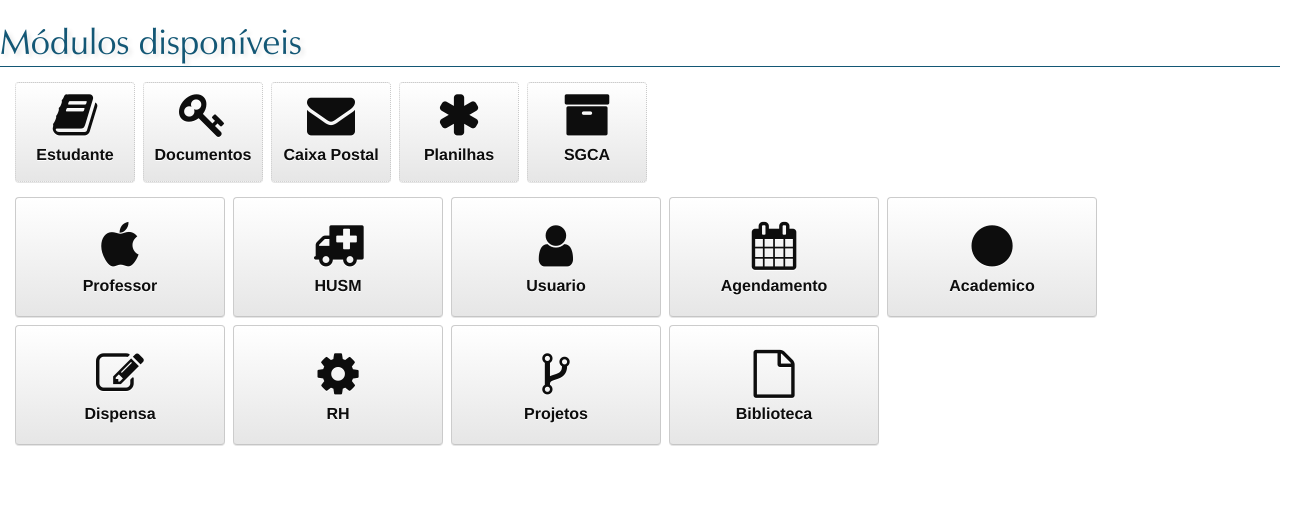
Repository: evertonagilar/study
Page: css/css-notificacao-dialog/index.html
The author's editor kept a copy of each file at every save. The page is drawn from the files as they stood at one save, then again after the next save.
The browser window is 1280 px wide. The page is 1295 px wide, so the pictures cover 1295 px, including what lies to the right of the window. The pictures show the whole page.

Above is the page before, as saved 2023-09-11 20:16:42.

### css/css-notificacao-dialog/index.html
<!DOCTYPE html>
<html lang="en">

<head>
    <meta charset="UTF-8">
    <meta name="viewport" content="width=device-width, initial-scale=1.0">
    <title>Aula CSS GRID</title>
    <link rel="stylesheet" href="css/cpd.css">
    <link rel="stylesheet" href="css/style.css">
</head>

<body>
    <span class="dashboard-notificacoes icon-">

    </span>

    <h2 class="h2 primary stroked-bottom text-shadowed margin-bottom">
        Módulos disponíveis
    </h2>


    <div class="dashboard-container-favorito">
        <div class="portal">
            <span class="portal-icon icon-book"></span>
            <h3 class="portal-label">Estudante</h3>
        </div>
        <div class="portal">
            <span class="portal-icon icon-key"></span>
            <h3 class="portal-label">Documentos</h3>
        </div>
        <div class="portal">
            <span class="portal-icon icon-envelope"></span>
            <h3 class="portal-label">Caixa Postal</h3>
        </div>
        <div class="portal">
            <span class="portal-icon icon-asterisk"></span>
            <h3 class="portal-label">Planilhas</h3>
        </div>
        <div class="portal">
            <span class="portal-icon icon-archive"></span>
            <h3 class="portal-label">SGCA</h3>
        </div>

    </div>

    <div class="dashboard-container">
        <div class="portal">
            <span class="portal-mini-button fa fa-chain"></span>
            <span class="portal-icon icon-apple"></span>
            <h3 class="portal-label">Professor</h3>
        </div>

        <div class="portal">
            <span class="portal-icon icon-ambulance"></span>
            <h3 class="portal-label">HUSM</h3>
        </div>

        <div class="portal">
            <span class="portal-icon icon-user"></span>
            <h3 class="portal-label">Usuario</h3>
        </div>

        <div class="portal">
            <span class="portal-icon icon-calendar"></span>
            <h3 class="portal-label">Agendamento</h3>
        </div>

        <div class="portal">
            <span class="portal-icon icon-circle"></span>
            <h3 class="portal-label">Academico</h3>
        </div>

        <div class="portal">
            <span class="portal-icon icon-edit"></span>
            <h3 class="portal-label">Dispensa</h3>
        </div>

        <div class="portal">
            <span class="portal-icon icon-cog"></span>
            <h3 class="portal-label">RH</h3>
        </div>

        <div class="portal">
            <span class="portal-icon icon-code-fork"></span>
            <h3 class="portal-label">Projetos</h3>
        </div>

        <div class="portal">
            <span class="portal-icon icon-file-alt"></span>
            <h3 class="portal-label">Biblioteca</h3>
        </div>

    </div>
</body>


<script>

    document.addEventListener("DOMContentLoaded", function () {

        const botao = document.querySelectorAll('.portal');
        botao.forEach(btn => {
            const miniButton = btn.querySelector('.portal-mini-button');

            btn.addEventListener('click', () => {
                alert('botao clicked');
            });

            btn.addEventListener('mouseenter', () => {
                if (miniButton){
                    miniButton.style.visibility = 'visible';
                }
            });

            btn.addEventListener('mouseleave', () => {
                if (miniButton){
                    miniButton.style.visibility = 'hidden';
                }
            });

        });

        debugger;
        const miniButtons = document.querySelectorAll('.portal-mini-button');
        miniButtons.forEach(btn => {
            const parentButton = btn.closest('.portal');

            btn.addEventListener("click", (event) => {
                event.stopPropagation();
                alert('mini-button clicked');
            });

            btn.addEventListener("mouseenter", (event) => {
                // alert('mouse enter');
                // parentButton.style.pointerEvents = 'none';

            });

            btn.addEventListener("mouseleave", (event) => {
                // alert('mouse leave');
                // parentButton.style.pointerEvents = 'auto';
            })

        });


    });



</script>



</html>

### css/css-notificacao-dialog/css/style.css

.dashboard-container {
    width: 100%;
    height: 100%;
    display: flex;
    flex-direction: row;
    flex-wrap: wrap;
    gap: 8px;
    align-items: stretch; /* Centraliza verticalmente */
    justify-content: stretch;
    margin: 15px;
    @media screen and (max-width:34.999999em){
        width: 94%;
    }
}

.dashboard-container-favorito {
    width: 100%;
    height: 100%;
    display: flex;
    flex-direction: row;
    flex-wrap: nowrap;
    gap: 8px;
    align-items: stretch; /* Centraliza verticalmente */
    justify-content: stretch;
    margin: 15px;
}

.portal {
    position: relative;
    cursor: pointer;
    text-align: center;
    --border-radius:.25rem;
    --border-radius-top-left:.25rem;
    --border-radius-top-right:.25rem;
    --border-radius-bottom-right:.25rem;
    --border-radius-bottom-left:.25rem;
    --border-radius-top:.25rem;
    --border-radius-left:.25rem;
    --border-radius-right:.25rem;
    --border-radius-bottom:.25rem;
    border-radius:.25rem;
    border:.065rem solid #ccc;
    border-bottom:.065rem solid #c5c5c5;
    border-right:.065rem solid #cacaca;
    color:#0d0d0d;
    text-shadow:0 .065em 0 #fff;
    box-shadow:0 .065em 0 rgba(0,0,0,0.1),0 .065em .065em 0 rgba(255,255,255,0.3) inset;
    background-image:linear-gradient(to bottom, #fff, #e6e6e6);
    padding: 24px;
    width: 210px;
    height: 120px;
    @media screen and (max-width:34.999999em){
        width: 100%;
    }
}


.portal:hover {
    background:#e6e6e6;
    transition: all .35s ease-in-out;
    box-shadow: 0 .065rem 0 rgba(0,0,0,0.15);
}

.portal:active {
    background:none;
    box-shadow:0 .065em 0 rgba(0,0,0,0.1),.08em .125em .25em rgba(0,0,0,0.3) inset;
    background-color:#f3f3f3;
    transition:none
}

.portal:focus {
    box-shadow:0 0 .5em .25em rgba(205,205,205,0.85)
}

.portal-icon {
    font-size: 3em;
}

.portal-label {
    font-weight: bold;
    margin-top: 6px;
}

.dashboard-container-favorito .portal {
    padding: 8px;
    height: 100px;
    width: 120px;
    @media screen and (max-width:798px) {
        width: auto;
    }
    border-style: dotted;
}

.portal-mini-button {
    position: absolute;
    top: 0;
    right: 0;
    border: none;
    padding: 6px;
    z-index: 100;
    visibility: hidden;
}

.portal-mini-button:hover {
    background-color:#f3f3f3;
    border-radius:.25rem;
    border:.065rem solid #ccc;
    border-bottom:.065rem solid #c5c5c5;
    border-right:.065rem solid #cacaca;
    color:#0d0d0d;
    color: brown;
 }

 .portal-mini-button:active {
    background:none;
    box-shadow:0 .065em 0 rgba(0,0,0,0.1),.08em .125em .25em rgba(0,0,0,0.3) inset;
    background-color:#f3f3f3;
    transition:none
}

.portal-mini-button:focus {
    box-shadow:0 0 .5em .25em rgba(205,205,205,0.85)
}

Loaded but not shown: css/css-notificacao-dialog/css/cpd.css (library)

After the next save:
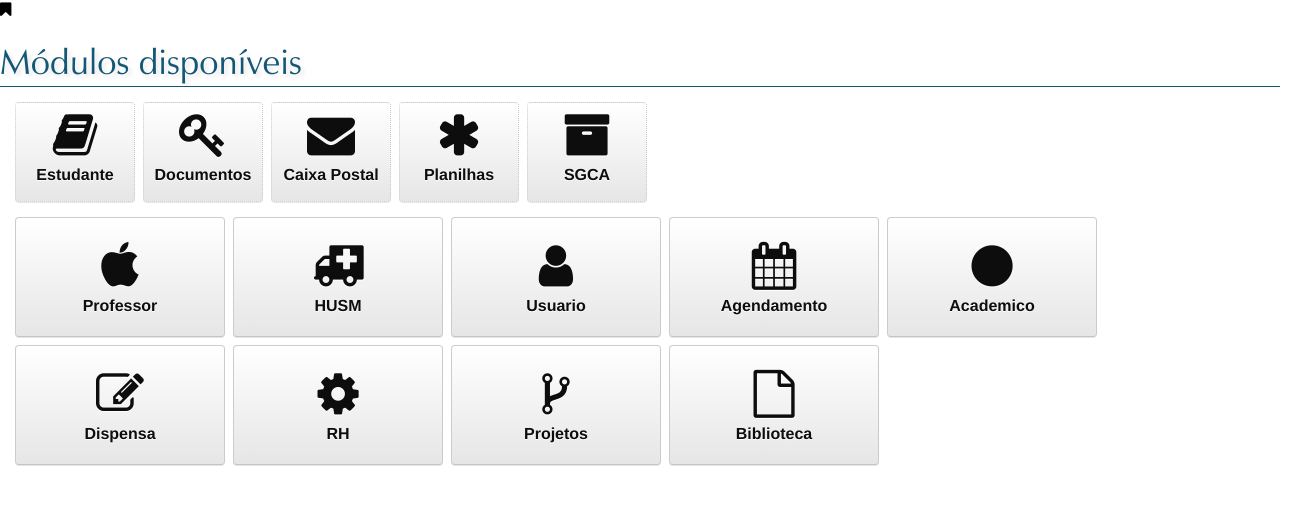
Saved 8 s later.
--- a/css/css-notificacao-dialog/index.html
+++ b/css/css-notificacao-dialog/index.html
@@ -10,7 +10,7 @@
 </head>
 
 <body>
-    <span class="dashboard-notificacoes icon-">
+    <span class="dashboard-notificacoes icon-bookmark">
 
     </span>
 

After the 2 saves that followed:
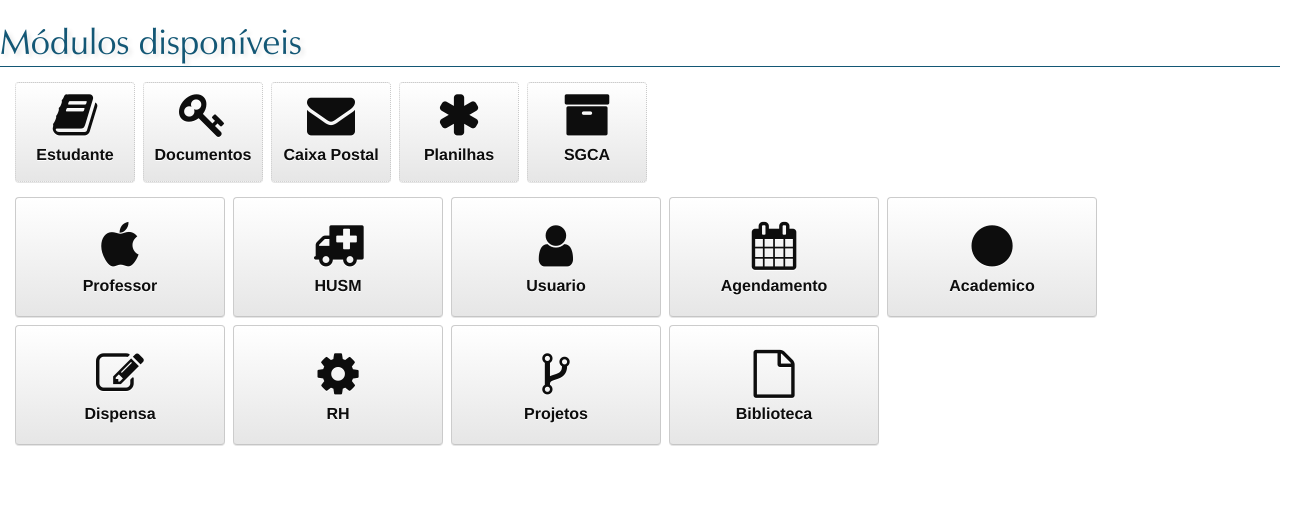
The 2 saves are shown as one change because they came seconds apart.
The last was saved 2 min 38 s later.
--- a/css/css-notificacao-dialog/index.html
+++ b/css/css-notificacao-dialog/index.html
@@ -10,7 +10,7 @@
 </head>
 
 <body>
-    <span class="dashboard-notificacoes icon-bookmark">
+    <span class="dashboard-notificacoes icon-icon">
 
     </span>
 
